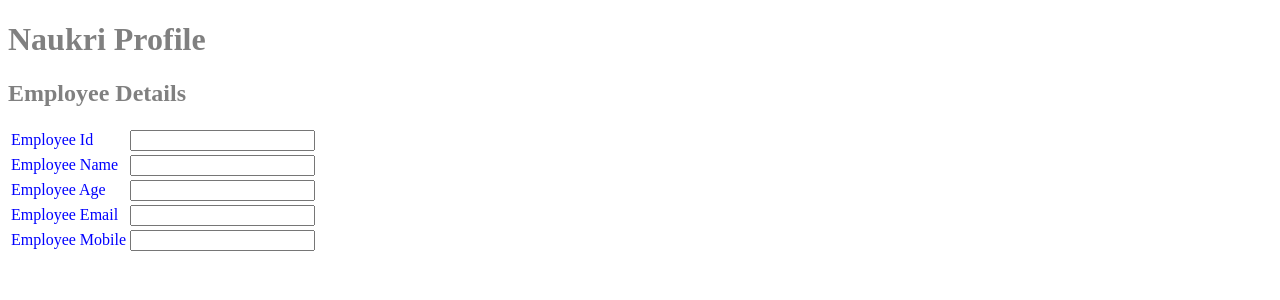
Repository: Ravikumarh6166/my-first-repo
Page: filterapp/src/main/webapp/registrationform.html
These files come from the project's save history. The page is drawn as it stood at one moment and after the next save; the edit follows.
The browser window is 1280 px wide. The pictures show the whole page.

Above is the page before, as saved 2022-08-30 07:04:45.

After the next save:
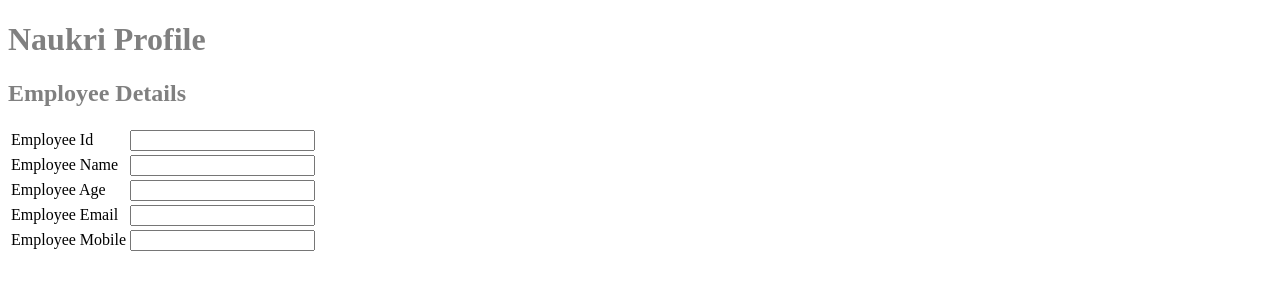
Saved 32 s later.
--- a/filterapp/src/main/webapp/registrationform.html
+++ b/filterapp/src/main/webapp/registrationform.html
@@ -11,27 +11,27 @@
 
 <table>
 <tr>
-<td style="color:blue">Employee Id</td>
+<td >Employee Id</td>
 <td><input type="text" name="eid"></td>
 </tr>
 
 <tr>
-<td style="color:blue">Employee Name</td>
+<td>Employee Name</td>
 <td><input type="text" name="ename"></td>
 </tr>
 
 <tr>
-<td style="color:blue">Employee Age</td>
+<td>Employee Age</td>
 <td><input type="text" name="eage"></td>
 </tr>
 
 <tr>
-<td style="color:blue">Employee Email</td>
+<td>Employee Email</td>
 <td><input type="text" name="email"></td>
 </tr>
 
 <tr>
-<td style="color:blue">Employee Mobile</td>
+<td>Employee Mobile</td>
 <td><input type="text" name="emobile"></td>
 </tr>
 
